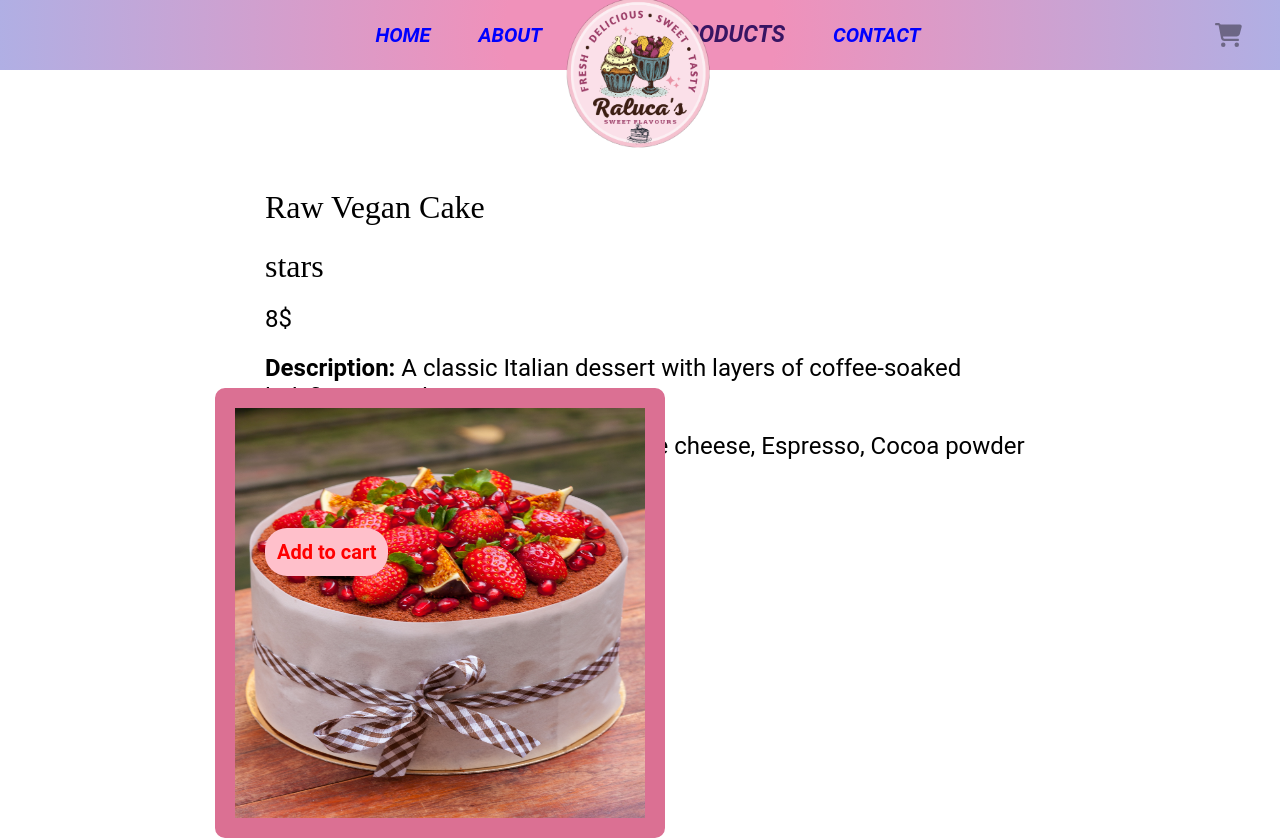
Repository: RalucaZota/cakeshop
Page: /products
An editor plug-in stored every save of this project. The page is shown before and after the next save, followed by the edit.
The browser window is 1280 px wide. The pictures show the whole page.
The project was rebuilt for these pictures with package versions that can differ from the ones it lists, and the page was loaded fresh each time. Requests to the local data server were answered from the project's data file. Also part of the build but not shown: vite.config.js, src/components/FavoriteProduct.vue, src/data.js, src/components/ProductItem.vue, src/components/Testimonials.vue, src/views/Home.vue, src/components/StaffComponent.vue, src/components/CommentBox.vue and 3 more.

Above is the page before, as saved 2023-07-01 13:22:06.

After the next save:
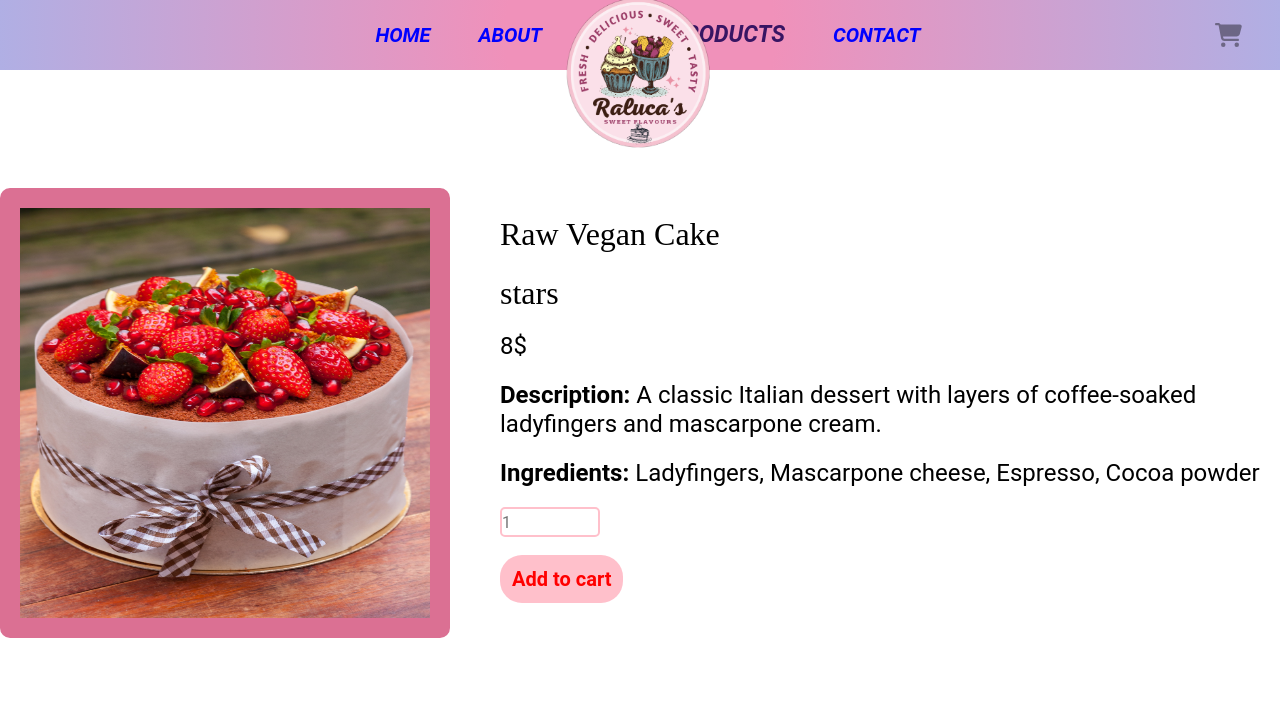
Saved 14 s later.
--- a/src/styles/SingleProduct.scss
+++ b/src/styles/SingleProduct.scss
@@ -6,15 +6,11 @@
   gap: 50px;
   flex-direction: row;
   .product-wrapper-div-img {
-    position: relative;
-    display: inline-block;
     .single-product-img {
       width: 450px;
       height: 450px;
       border-radius: 10px;
       border: 20px solid palevioletred;
-      position: absolute;
-
 
     }
   }
